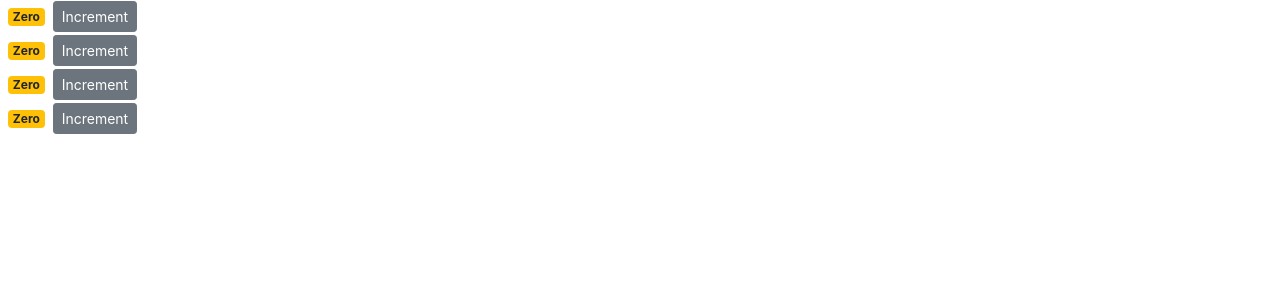
Repository: smk87/First-React-App
Page: /
The author's editor kept a copy of each file at every save. The page is drawn from the files as they stood at one save, then again after the next save.
The browser window is 1280 px wide. The pictures show the whole page.
The project was rebuilt for these pictures with package versions that can differ from the ones it lists, and the page was loaded fresh each time. Also part of the build but not shown: src/App.css, src/App.js.

Above is the page before, as saved 2019-01-05 13:59:58.

### public/index.html
<!DOCTYPE html>
<html lang="en">
  <head>
    <meta charset="utf-8" />
    <link rel="shortcut icon" href="%PUBLIC_URL%/favicon.ico" />
    <meta
      name="viewport"
      content="width=device-width, initial-scale=1, shrink-to-fit=no"
    />
    <meta name="theme-color" content="#000000" />
    <!--
      manifest.json provides metadata used when your web app is added to the
      homescreen on Android. See https://developers.google.com/web/fundamentals/web-app-manifest/
    -->
    <link rel="manifest" href="%PUBLIC_URL%/manifest.json" />
    <!--
      Notice the use of %PUBLIC_URL% in the tags above.
      It will be replaced with the URL of the `public` folder during the build.
      Only files inside the `public` folder can be referenced from the HTML.

      Unlike "/favicon.ico" or "favicon.ico", "%PUBLIC_URL%/favicon.ico" will
      work correctly both with client-side routing and a non-root public URL.
      Learn how to configure a non-root public URL by running `npm run build`.
    -->
    <title>Cart by React</title>
  </head>
  <body>
    <noscript>You need to enable JavaScript to run this app.</noscript>
    <div id="root"></div>
    <!--
      This HTML file is a template.
      If you open it directly in the browser, you will see an empty page.

      You can add webfonts, meta tags, or analytics to this file.
      The build step will place the bundled scripts into the <body> tag.

      To begin the development, run `npm start` or `yarn start`.
      To create a production bundle, use `npm run build` or `yarn build`.
    -->
  </body>
</html>

### src/index.js
import React from "react";
import ReactDOM from "react-dom";
import "./index.css";
import App from "./App";
import * as serviceWorker from "./serviceWorker";
import "bootstrap/dist/css/bootstrap.css";
import Counters from "./components/counters";

ReactDOM.render(<Counters />, document.getElementById("root"));

// If you want your app to work offline and load faster, you can change
// unregister() to register() below. Note this comes with some pitfalls.
// Learn more about service workers: http://bit.ly/CRA-PWA
serviceWorker.unregister();

### src/components/counters.jsx
import React, { Component } from "react";
import Counter from "./counter";

class Counters extends Component {
  state = {
    counters: [
      { id: 1, value: 0 },
      { id: 2, value: 0 },
      { id: 3, value: 0 },
      { id: 4, value: 0 }
    ]
  };
  render() {
    return (
      <div>
        {this.state.counters.map(counter => (
          <Counter key={counter.id} value={counter.value} selected={true} />
        ))}
      </div>
    );
  }
}

export default Counters;

### src/components/counter.jsx
import React, { Component } from "react";

class Counter extends Component {
  state = {
    value: this.props.value,
    tags: []
  };

  renderTags() {
    if (this.state.tags.length === 0) return <p>There are no tags!</p>;
    return (
      <ul>
        {this.state.tags.map(tag => (
          <li key={tag}>{tag}</li>
        ))}
      </ul>
    );
  }

  handleIncrement = product => {
    //console.log(product);
    this.setState({ value: this.state.value + 1 });
  };

  doHandleIncrement = () => {
    this.handleIncrement({ id: 1 });
  };

  render() {
    return (
      <div>
        <span className={this.getBadgeClasses()}>{this.formatCount()}</span>
        <button
          onClick={() => this.handleIncrement({ id: 1 })}
          className="btn btn-secondary btn-sm"
        >
          Increment
        </button>
      </div>
    );
  }

  getBadgeClasses() {
    let classes = "badge m-2 badge-";
    classes += this.state.value === 0 ? "warning" : "primary";
    return classes;
  }

  formatCount() {
    const { value: count } = this.state;
    return count === 0 ? "Zero" : count;
  }
}

export default Counter;

Loaded but not shown: src/index.css (common file); src/serviceWorker.js (common file)

After the next save:
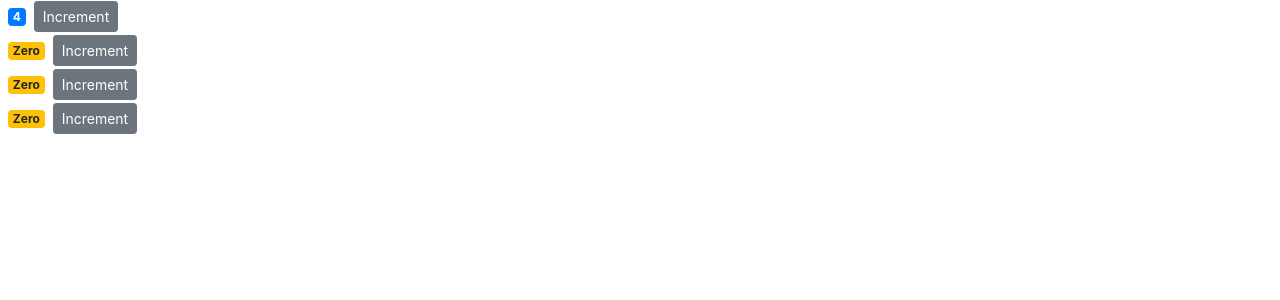
Saved 18 s later.
--- a/src/components/counters.jsx
+++ b/src/components/counters.jsx
@@ -4,7 +4,7 @@ import Counter from "./counter";
 class Counters extends Component {
   state = {
     counters: [
-      { id: 1, value: 0 },
+      { id: 1, value: 4 },
       { id: 2, value: 0 },
       { id: 3, value: 0 },
       { id: 4, value: 0 }
@@ -14,7 +14,7 @@ class Counters extends Component {
     return (
       <div>
         {this.state.counters.map(counter => (
-          <Counter key={counter.id} value={counter.value} selected={true} />
+          <Counter key={counter.id} value={counter.value} />
         ))}
       </div>
     );
